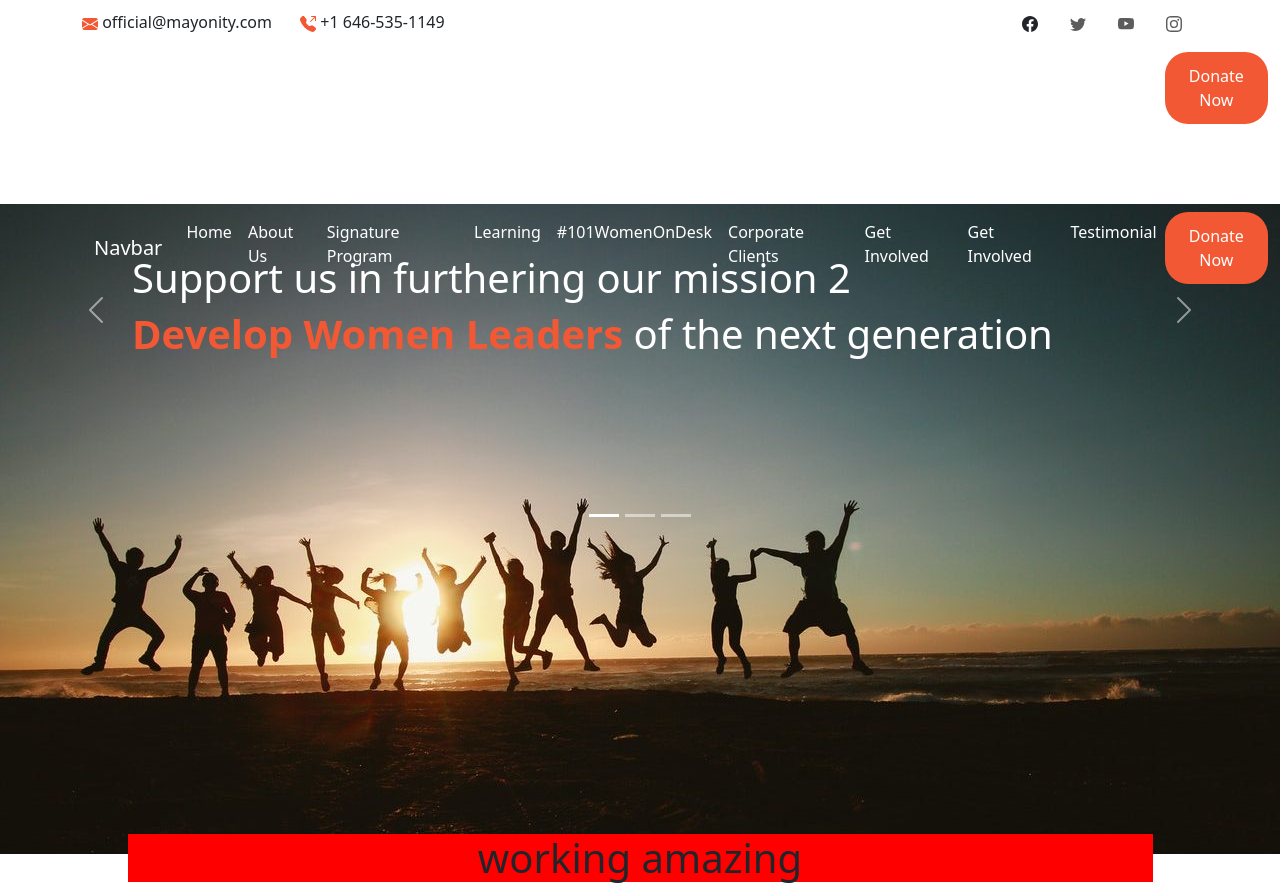
Repository: rizwan-zafar/wings
Page: /
These files come from the project's save history. The page is drawn as it stood at one moment and after the next save; the edit follows.
The browser window is 1280 px wide. The pictures show the whole page.
The project was rebuilt for these pictures with package versions that can differ from the ones it lists, and the page was loaded fresh each time.

Above is the page before, as saved 2022-11-27 16:46:59.

### public/index.html
<!DOCTYPE html>
<html lang="en">
  <head>
    <meta charset="utf-8" />
    <link rel="icon" href="%PUBLIC_URL%/favicon.ico" />
    <meta name="viewport" content="width=device-width, initial-scale=1" />
    <meta name="theme-color" content="#000000" />
    <meta
      name="description"
      content="Web site created using create-react-app"
    />
    <link rel="apple-touch-icon" href="%PUBLIC_URL%/logo192.png" />
    <!--
      manifest.json provides metadata used when your web app is installed on a
      user's mobile device or desktop. See https://developers.google.com/web/fundamentals/web-app-manifest/
    -->
    <link rel="manifest" href="%PUBLIC_URL%/manifest.json" />
    <!--
      Notice the use of %PUBLIC_URL% in the tags above.
      It will be replaced with the URL of the `public` folder during the build.
      Only files inside the `public` folder can be referenced from the HTML.

      Unlike "/favicon.ico" or "favicon.ico", "%PUBLIC_URL%/favicon.ico" will
      work correctly both with client-side routing and a non-root public URL.
      Learn how to configure a non-root public URL by running `npm run build`.
    -->
    <title>Wings</title>
  </head>
  <body>
    <noscript>You need to enable JavaScript to run this app.</noscript>
    <div id="root"></div>
    <!--
      This HTML file is a template.
      If you open it directly in the browser, you will see an empty page.

      You can add webfonts, meta tags, or analytics to this file.
      The build step will place the bundled scripts into the <body> tag.

      To begin the development, run `npm start` or `yarn start`.
      To create a production bundle, use `npm run build` or `yarn build`.
    -->
  </body>
</html>

### src/index.js
import React from 'react';
import ReactDOM from 'react-dom/client';
import './index.css';
import App from './App';
import "../node_modules/bootstrap/dist/css/bootstrap.min.css"
import "../node_modules/bootstrap/dist/js/bootstrap.min.js"

const root = ReactDOM.createRoot(document.getElementById('root'));
root.render(
     <App />
 );

// If you want to start measuring performance in your app, pass a function
// to log results (for example: reportWebVitals(console.log))
// or send to an analytics endpoint. Learn more: https://bit.ly/CRA-vitals

### src/index.css
html {
  margin: 0;
  padding: 0;
  font-family: -apple-system, BlinkMacSystemFont, 'Segoe UI', 'Roboto', 'Oxygen',
    'Ubuntu', 'Cantarell', 'Fira Sans', 'Droid Sans', 'Helvetica Neue',
    sans-serif;
  -webkit-font-smoothing: antialiased;
  -moz-osx-font-smoothing: grayscale;
}
.icons{
  color:#f15833 ;
}
.social-icons{
  color:#000000a3
}

### src/App.js
import Home from "./Pages/Home"
function App() {
  return (

    <>
      <Home />
    </>

  );
}

export default App;

### src/Pages/Home.js
import React from 'react'
import TopNavbar from "../Components/Topnavbar"
import Navbar from "../Components/Navbar"
import Slider from "../Components/Slider"
export default function Home() {
    return (
        <div>
            <TopNavbar />
            <Navbar />
            <Slider />
        </div>
    )
}

### src/Components/Topnavbar.js
import React from 'react'
import "../Css/Topnav.css"
import { EnvelopeFill, TelephoneOutboundFill, Twitter, Youtube, Instagram, Facebook } from "react-bootstrap-icons"
export default function Topnavbar() {
    return (
        <div className="top-bar container d-flex justify-content-between">
            <div>
                <span> <EnvelopeFill className="icons" /> official@mayonity.com</span>
                <span className="set-padding p-4"> <TelephoneOutboundFill className="icons ml-3" /> +1 646-535-1149</span>
            </div>
            <div>
                <span className="p-3 social-icons-"><Facebook /></span>
                <span className="p-3 social-icons"><Twitter /></span>
                <span className="p-3 social-icons"><Youtube /></span>
                <span className="p-3 social-icons"><Instagram /></span>
            </div>
        </div>
    )
}

### src/Components/Navbar.js
import React from 'react'

export default function Navbar() {
  return (
    <div className="nav-container container">
      <nav className="navbar navbar-expand-lg navbar-dark">
        <div className="container-fluid">
          <a className="navbar-brand" href="/">Navbar</a>
          <button className="navbar-toggler" type="button" data-bs-toggle="collapse" data-bs-target="#navbarNav" aria-controls="navbarNav" aria-expanded="false" aria-label="Toggle navigation">
            <span className="navbar-toggler-icon"></span>
          </button>
          <div className="collapse navbar-collapse" id="navbarNav">
            <ul className="navbar-nav ms-auto">
              <li className="nav-item">
                <a className="nav-link active" aria-current="page" href="/">Home</a>
              </li>
              <li className="nav-item">
                <a className="nav-link" href="/">About Us</a>
              </li>
              <li className="nav-item">
                <a className="nav-link" href="/">Signature Program</a>
              </li>
              <li className="nav-item">
                <a className="nav-link" href="/">Learning</a>
              </li>
              <li className="nav-item">
                <a className="nav-link" href="/">#101WomenOnDesk</a>
              </li>
              <li className="nav-item">
                <a className="nav-link" href="/">Corporate Clients</a>
              </li>
              <li className="nav-item">
                <a className="nav-link" href="/">Get Involved</a>
              </li>
              <li className="nav-item">
                <a className="nav-link" href="/">Get Involved</a>
              </li>
              <li className="nav-item">
                <a className="nav-link" href="/">Testimonial</a>
              </li>
              <li className="nav-item">
                <a className="nav-link btn " href="/">Donate Now</a>
              </li>

            </ul>
          </div>
        </div>
      </nav>
    </div>
  )
}

### src/Components/Slider.js
import React from 'react'
import "../Css/Slider.css"
import Navbar from "../Components/Navbar"
export default function Slider() {
    return (
        <>
            <div className="set-slider">
                <Navbar />
                <div id="carouselExampleCaptions" className=" carousel slide" data-bs-ride="false">
                    <div className="carousel-indicators">
                        <button type="button" data-bs-target="#carouselExampleCaptions" data-bs-slide-to="0" className="active" aria-current="true" aria-label="Slide 1"></button>
                        <button type="button" data-bs-target="#carouselExampleCaptions" data-bs-slide-to="1" aria-label="Slide 2"></button>
                        <button type="button" data-bs-target="#carouselExampleCaptions" data-bs-slide-to="2" aria-label="Slide 3"></button>
                    </div>
                    <div className="carousel-inner container">
                        <div className="carousel-item active">
                            <div>
                                <h1>Support us in furthering our mission 2</h1>
                                <h1><strong>Develop Women Leaders</strong> of the next generation</h1>
                            </div>
                        </div>
                        <div className="carousel-item">
                            <div>
                                <h1>Support us in furthering our mission 3</h1>
                                <h1><strong>Develop Women Leaders</strong> of the next generation</h1>
                            </div>
                        </div>
                        <div className="carousel-item">
                            <div>
                                <h1>Support us in furthering our mission</h1>
                                <h1><strong>Develop Women Leaders</strong> of the next generation</h1>
                            </div>
                        </div>

                    </div>
                    <div>
                        <button className="carousel-control-prev" type="button" data-bs-target="#carouselExampleCaptions" data-bs-slide="prev">
                            <span className="carousel-control-prev-icon" aria-hidden="true"></span>
                            <span className="visually-hidden">Previous</span>
                        </button>
                        <button className="carousel-control-next" type="button" data-bs-target="#carouselExampleCaptions" data-bs-slide="next">
                            <span className="carousel-control-next-icon" aria-hidden="true"></span>
                            <span className="visually-hidden">Next</span>
                        </button>
                    </div>
                </div>
            </div>

            <div className="container text-center slider-footer">
                <div className="container">
                    <h1>working amazing</h1>
                </div>
            </div>
        </>
    )
}

### src/Css/Topnav.css
.top-bar{
background-color: #fff;
padding: 10px;
}
.nav-container .navbar
{
    position: fixed;
    width: -webkit-fill-available;
    z-index: 3;
}
.nav-container .btn
{
    background: #f15833;
    border-radius: 23px;
    color: white;
    padding: 11px;
    font-weight: 500;
}
 .nav-container nav ul li a
{
    color:  white;
}

### src/Css/Slider.css
.set-slider {
    background-image: url("/public/Images/header.jpg");
    background-size: cover;
    background-repeat: no-repeat;
    height: 650px;
}

.set-slider .carousel-indicators {
    top: 300px
}

.set-slider .carousel-inner {
    margin-top: 160px;
    color: white
}

.set-slider .carousel-inner .carousel-item>div {

    padding: 50px;
}

.set-slider .carousel-inner h1 {

    font-weight: 400;
}

.set-slider .carousel-inner h1 strong {
    color: #f15833
}

.slider-footer>div {
    background: red;
    max-width: 1025px;
    margin-top: -20px;
}

@media (max-width: 1400px) {
    .nav-container .navbar-expanding {
        flex-wrap: nowrap !important;
        justify-content: flex-start !important;
        background-color: red;
    }
}

@media (max-width: 991px) {

    .set-slider .carousel-item h1 {
        font-size: 35px;
    }
}

@media (max-width: 450px) {
    .set-slider {
        height: 450px;
    }

    .set-slider .carousel-inner {
        margin-top: 16px;
    }

    .set-slider .carousel-item h1 {
        font-size: 25px;
    }
}

After the next save:
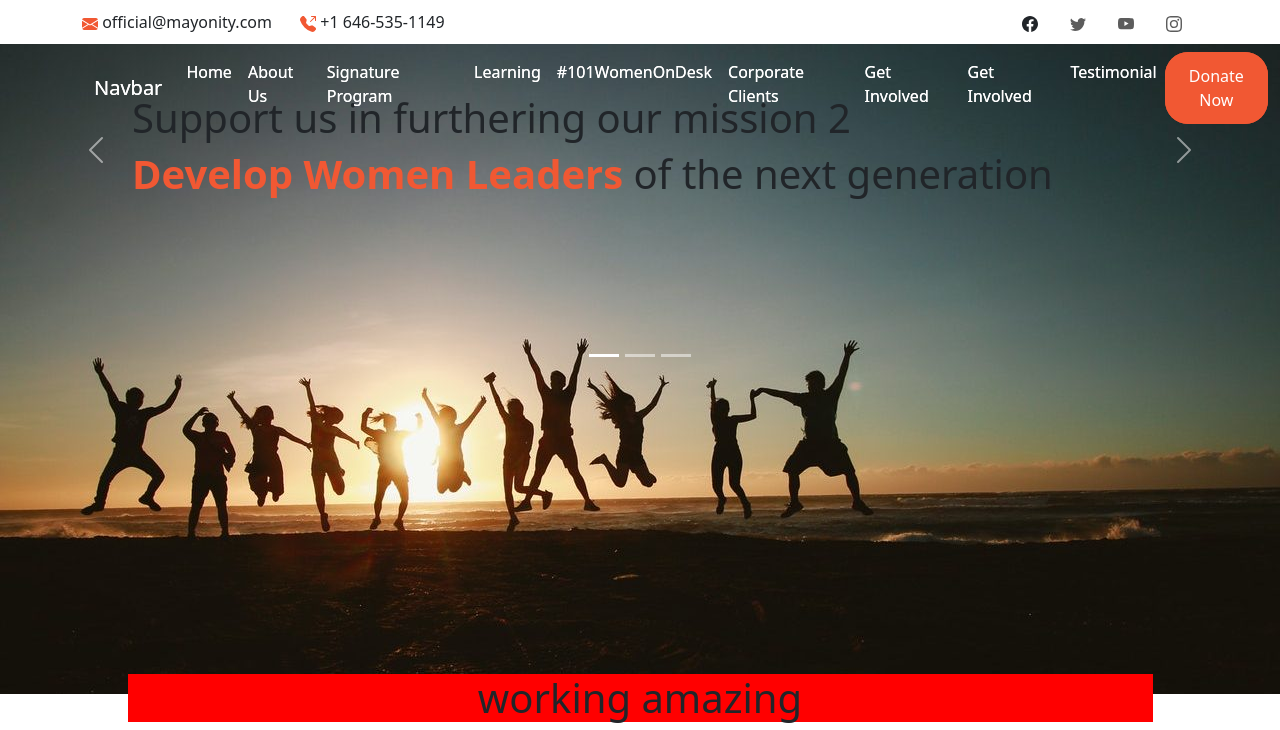
Saved 28 s later.
--- a/src/Css/Slider.css
+++ b/src/Css/Slider.css
@@ -9,10 +9,10 @@
     top: 300px
 }
 
-.set-slider .carousel-inner {
+/* .set-slider .carousel-inner {
     margin-top: 160px;
     color: white
-}
+} */
 
 .set-slider .carousel-inner .carousel-item>div {
 
